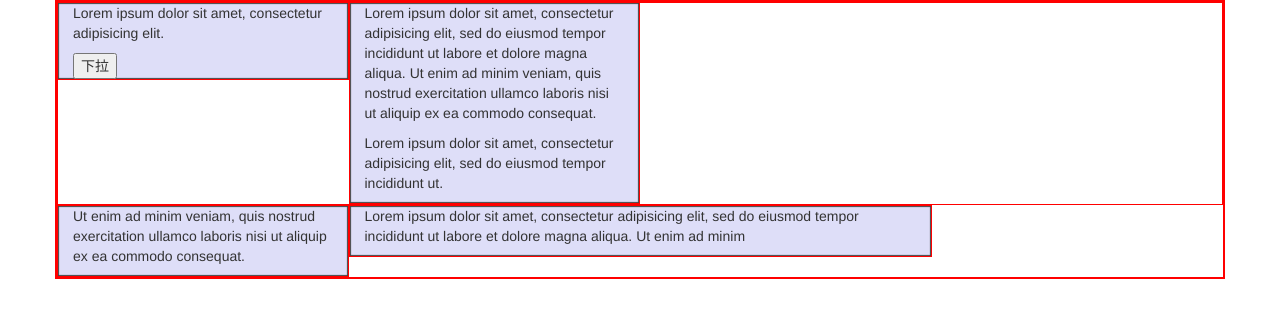
Repository: dushengwei/Bootstrap
Page: code/code/WebContent/one.html
An editor plug-in stored every save of this project. The page is shown before and after the next save, followed by the edit.
The browser window is 1280 px wide. The pictures show the whole page.

Above is the page before, as saved 2017-02-15 09:43:39.

### code/code/WebContent/one.html
<!DOCTYPE html PUBLIC "-//W3C//DTD HTML 4.01 Transitional//EN" "http://www.w3.org/TR/html4/loose.dtd">
<html>
<head>
<meta http-equiv="Content-Type" content="text/html; charset=UTF-8">
<title>Insert title here</title>
<meta name="viewport" content="width=device-width,initial-scale=1.0">
<!--引入BootStrap  -->
<link rel="stylesheet" type="text/css" href="lib/css/bootstrap.min.css" />

<!-- HTML5 Shim 和 Respond.js 用于让 IE8 支持 HTML5元素和媒体查询 -->
<!-- 注意： 如果通过 file://  引入 Respond.js 文件，则该文件无法起效果 -->
<!-- html5 简单标签兼容ie9一下 -->
<!--[if lt IE 9]>
  <script type="text/javascript" src="lib/js/html5shiv.js"></script>
  <script src="https://oss.maxcdn.com/libs/respond.js/1.3.0/respond.min.js"></script>
<![endif] -->

<script type="text/javascript" src="lib/js/jquery.js"></script>
<script type="text/javascript" src="lib/js/bootstrap.min.js"></script>
<style type="text/css">
div {
	border: solid 1px red;
}
</style>
<script type="text/javascript">
	window.onload = function() {
		var f = document.getElementById("fulei");
		f.onclick = function(e) {
			var ex = e ? e : (window.event ? window.event : null);
			var ev = ex.srcElement ? ex.srcElement : (ex.target ? ex.target
					: null);
			var type = ev.getAttribute("name");
			var aa = document.getElementById("aa");
			var tp = document.getElementById(type);
		   tp.setAttribute("class","col-sm-3 visible-xs");
		   aa.setAttribute("class","col-sm-3 hidden-xs");

		}
	}
</script>
</head>
<body>
	<div class="container">
		<div class="row">
			<div class="col-xs-12 col-sm-3" id="aa"
				style="background-color: #dedef8; box-shadow: inset 1px -1px 1px #444, inset -1px 1px 1px #444;">
				<p>Lorem ipsum dolor sit amet, consectetur adipisicing elit.</p>
				<button class="dropdown-toggle" data-toggle="dropdown">下拉</button>
				<ul class="hid dropdown-menu" id="fulei">
					<li id="two" name="twoa">第二页</li>
					<li id="three" name="threea">第三页</li>
					<li id="four" name="foura">第四页</li>
				</ul>
			</div>
			<div id="twoa" class="col-sm-3 hidden-xs"
				style="background-color: #dedef8; box-shadow: inset 1px -1px 1px #444, inset -1px 1px 1px #444;">
				<p>Lorem ipsum dolor sit amet, consectetur adipisicing elit, sed
					do eiusmod tempor incididunt ut labore et dolore magna aliqua. Ut
					enim ad minim veniam, quis nostrud exercitation ullamco laboris
					nisi ut aliquip ex ea commodo consequat.</p>
				<p>Lorem ipsum dolor sit amet, consectetur adipisicing elit, sed
					do eiusmod tempor incididunt ut.</p>
			</div>

			<div class="clearfix hidden-xs"></div>

			<div id="threea" class="col-xs-6 col-sm-3 hidden-xs"
				style="background-color: #dedef8; box-shadow: inset 1px -1px 1px #444, inset -1px 1px 1px #444;">
				<p>Ut enim ad minim veniam, quis nostrud exercitation ullamco
					laboris nisi ut aliquip ex ea commodo consequat.</p>
			</div>
			<div id="foura" class="col-xs-6 hidden-xs"
				style="background-color: #dedef8; box-shadow: inset 1px -1px 1px #444, inset -1px 1px 1px #444;">
				<p>Lorem ipsum dolor sit amet, consectetur adipisicing elit, sed
					do eiusmod tempor incididunt ut labore et dolore magna aliqua. Ut
					enim ad minim</p>
			</div>
		</div>
	</div>
</body>
</html>

Loaded but not shown: code/code/WebContent/lib/css/bootstrap.min.css (library); code/code/WebContent/lib/js/jquery.js (library); code/code/WebContent/lib/js/bootstrap.min.js (library)

After the next save:
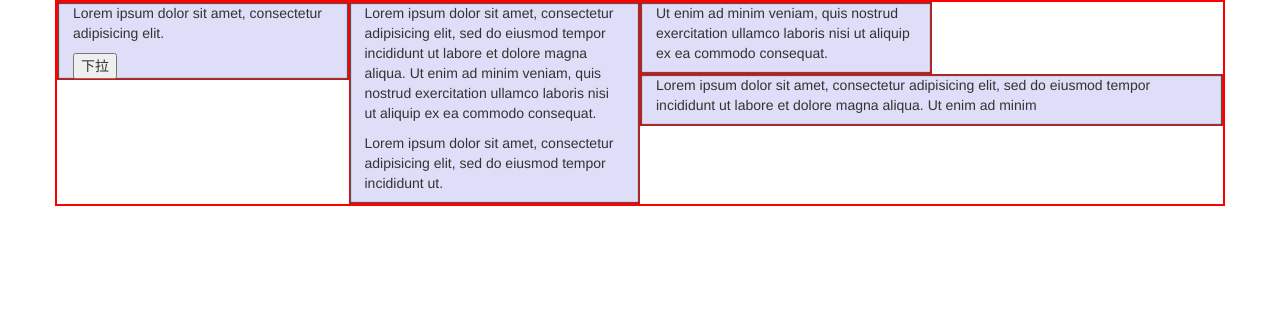
Saved 7 min 45 s later.
--- a/code/code/WebContent/one.html
+++ b/code/code/WebContent/one.html
@@ -62,7 +62,7 @@
 					do eiusmod tempor incididunt ut.</p>
 			</div>
 
-			<div class="clearfix hidden-xs"></div>
+
 
 			<div id="threea" class="col-xs-6 col-sm-3 hidden-xs"
 				style="background-color: #dedef8; box-shadow: inset 1px -1px 1px #444, inset -1px 1px 1px #444;">

After the save that followed:
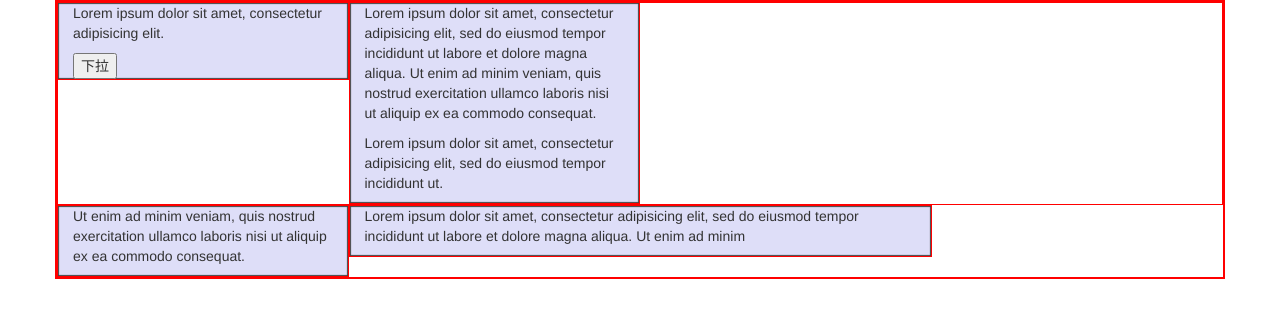
Saved 15 s later.
--- a/code/code/WebContent/one.html
+++ b/code/code/WebContent/one.html
@@ -62,7 +62,7 @@
 					do eiusmod tempor incididunt ut.</p>
 			</div>
 
-
+			<div class="clearfix hidden-xs"></div>
 
 			<div id="threea" class="col-xs-6 col-sm-3 hidden-xs"
 				style="background-color: #dedef8; box-shadow: inset 1px -1px 1px #444, inset -1px 1px 1px #444;">
